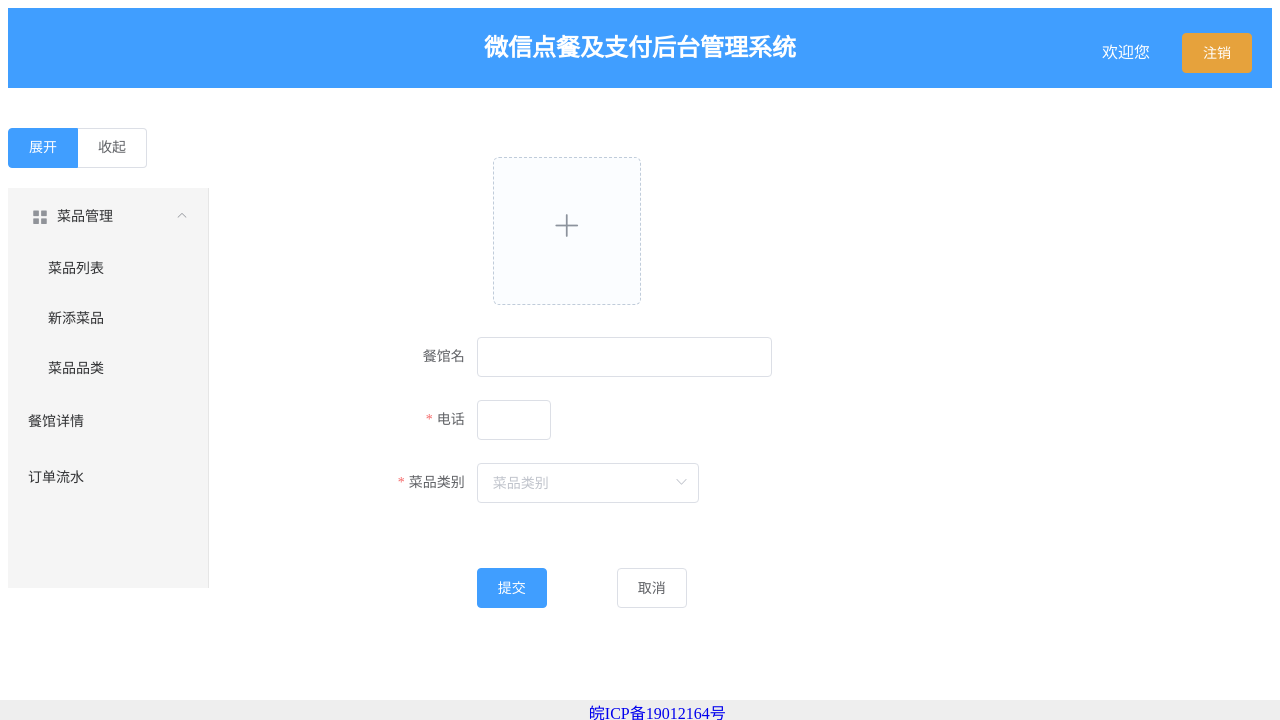
Repository: align-shi/order-web
Page: /pointpayment/hotelTable
The author's editor kept a copy of each file at every save. The page is drawn from the files as they stood at one save, then again after the next save.
The browser window is 1280 px wide. The pictures show the whole page.
The page's requests for data from a server got no answer. The project was rebuilt for these pictures with package versions that can differ from the ones it lists, and the page was loaded fresh each time. No one was signed in, and anything a server would have sent is missing. Also part of the build but not shown: src/pages/login.vue.

Above is the page before, as saved 2020-03-11 20:55:45.

### index.html
<!DOCTYPE html>
<html>
  <head>
    <meta charset="utf-8">
    <meta name="viewport" content="width=device-width,initial-scale=1.0">
    <title>pointpayment_ele</title>
  </head>
  <body>
    <div id="app"></div>
    <!-- built files will be auto injected -->
  </body>
  <div style="position: fixed;left: 0px;bottom: 0px;width: 100%;height:20px;background-color: #eee;">
    <a href="http://www.beian.miit.gov.cn" target="_blank" style="margin-left: 46%">皖ICP备19012164号</a>
  </div>
</html>

### src/App.vue
<template>
  <div id="app">
    <transition name="fade" mode="out-in">
			<router-view></router-view>
		</transition>
  </div>
</template>

<script>
export default {
  name: 'App'
}
</script>

<style>
  .header{
    background-color: #409EFF;
    color: white;
    text-align: center;
  }
</style>

### src/pages/main.vue
<template>
    <div>
        <el-container>
            <el-header class="header" height="80px">
                <headers></headers>
            </el-header>
            <el-main>
                <!-- <span v-if="!user" class="loginFont">
                        <el-button type="success"  @click="login">点击登录</el-button>
                </span>   -->
                <div class="centerContent">
                    <transition name="fade" mode="out-in">
						<router-view></router-view>
					</transition>
                </div>

            </el-main>

            <el-aside>
                    <navMenuVue></navMenuVue>
            </el-aside>

        </el-container>

    </div>
</template>

<script>

    import headers from '../components/header.vue';
    import navMenuVue from '../components/NavMenu.vue';

    export default {

        created:function(){

        },
        methods: {
            login () {
                this.$router.replace('/login')
            },
            logout () {
                this.$store.dispatch('logout').then(() => {
                    this.$router.replace('/login')
                })
            },
            dataPath(){
                this.$router.replace('/dataTable')
            },
            getStatus (urlStr) {
                var urlStrArr = urlStr.split('/')
                return urlStrArr[urlStrArr.length - 1]
            }
        },

        computed: {
            user () {
                return this.$store.state.user
            }
        },
        components: {
            headers,
            navMenuVue,
            key() {
                return this.$route.name !== undefined? this.$route.name +new Date(): this.$route +new Date()
            }
         },
         watch:{
            '$route' (to, from) {
                // console.log(this.getStatus(this.$route.path))
             }
         }
    }
</script>
<style>

    .userContent{
        position: relative;
        top: -50px;
        float: right;
    }
    .centerContent{
        position: absolute;
        top: 19%;
        left:15%;
        width:80%;
    }
    .loginFont{
        top: 30%;
        position: absolute;
        left:46%;
    }
</style>

### src/components/createMenu.vue
<template>
    <div class="form">
          <el-upload
            class="upload"
            action=""
            list-type="picture-card"
            :on-preview="handlePictureCardPreview"
            :on-remove="handleRemove"
            :limit = 1
            :before-upload="UpladFile"
            >
            <!--  :on-change="saveFile"  :auto-upload="false"  :on-change="saveFile" :auto-upload="false" :before-upload="UpladFile" -->
            <i class="el-icon-plus"></i>
          </el-upload>
          <el-dialog :visible.sync="dialogVisible">
            <img width="100%" :src="dialogImageUrl" alt="">
          </el-dialog>

          <el-form :model="form" label-width="80px" :rules="formRules" ref="form">
            <el-form-item label="菜名" prop="dishes">
              <el-input v-model="form.dishes" auto-complete="off" style="width:40%"></el-input>
            </el-form-item>

            <el-form-item label="价格" prop="price">
              <el-input v-model="form.price" auto-complete="off" style="width:10%"></el-input>
            </el-form-item>

            <el-form-item label="菜品类别" prop="typeId">
              <el-select clearable  v-model="form.typeId" placeholder="菜品类别" autocomplete="off"
                      style="width: 30%">
              <el-option v-for="item in typeList" :key="item.id" :label="item.typeName"
                        :value="item.id"></el-option>
              </el-select>
            </el-form-item>
          </el-form>

        <div class="buttons">
            <el-button type="primary" @click.native="submit" :loading="submitLoading">提交</el-button>
            <el-button @click.native="clean" style="margin-left:5em;">取消</el-button>
        </div>

    </div>
</template>
<script>
    export default {

        data(){
            return{
                file:{},
                dialogVisible:false,
                dialogImageUrl:'',
                fileList:[],        //文件列表
                typeList:[],        //菜品类别表
                form: {             //提交表单
                  dishes:'',
                  price:'',
                  picture:'',
                  typeId:'',
                },
                submitLoading:false,
                uploadingFile:false,
                //表单验证
                formRules: {
                  dishes: [
                    { required: true, message: '请输入菜名', trigger: 'blur' },
                  ],
                  price: [
                    { required: true, message: '请输入价格', trigger: 'blur' },
                  ],
                  typeId:[
                    { required: true, message: '请输入菜品类别', trigger: 'blur' },
                  ],
                },
            }
        },
        created:function(){
            this.getTypeList()
        },
        methods: {
            // saveFile(file){
            //     this.file  = file.raw;
            //     this.fileList = [...this.fileList, this.file];
            // },
            submit(){
                this.$refs.form.validate((valid) => {
					if (valid) {
						this.$confirm('确认提交吗？', '提示', {}).then(() => {
                        this.submitLoading = true;
                        let para = Object.assign({}, this.form);
							// para.publishingDate = (!para.publishingDate || para.publishingDate == '') ? '':util.formatDate.format(new Date(para.publishingDate), 'yyyy-MM-dd');
                            this.submitMenu(para);
						});
					}
				});
            },
            submitMenu:function(para){
                // alert(JSON.stringify(para));
                this.$axios.post('/menu/insert',para).then((res) => {
                    if(res.data!=null){
                        this.$message.success('提交成功');
                    }
                    this.$refs['form'].resetFields();
                    this.editLoading = false;

                }).catch(function(error){
                        console.log(error);
                })
            },
            getTypeList(){
                this.$axios.post('/type/list').then((res) =>{
                this.typeList = res.data;
                })
            },
            handleRemove(file, fileList) {
                console.log(file, fileList);
            },
            handlePictureCardPreview(file) {
                this.dialogImageUrl = file.url;
                this.dialogVisible = true;
            },
            a(){

            },
            UpladFile(file){

                this.fileList = [...this.fileList,file];
                const formData = new FormData();
                var list = this.fileList;
                var that = this;
                list.forEach((file) => {
                    console.log(file);
                    formData.append('files',file);
                });

                formData.append('path','pic');
                this.$axios.post('/file/uploadFile',formData).then((res) => {
                    if(res.data!=null){
                        this.fileList= [];
                        this.form.picture = res.data[0];

                    }
                }).catch(function(error){
                    this.uploadingFile = false;
                })
                this.uploadingFile = false;
            }
        },
        computed: {

        }
    }
</script>
<style>
    .upload{
      margin-left: 6em;
      margin-bottom: 2em;
    }

    .form{
        margin-top:2%;
        margin-left:20%;
    }

    .buttons{
        margin-top:4em;
        margin-left:5em;
    }
</style>

### src/components/orderTable.vue
<template>
    <div>
        <div style="margin-bottom: 1em;">
            <el-col :span="2">
                <el-input v-model="order.tablenumber"  placeholder="请输入桌号名"></el-input>
            </el-col>

            <el-col :span="5" :offset="1">
                <el-input v-model="order.wxaccount"  placeholder="顾客微信名" ></el-input>
            </el-col>
            <el-button @click="search" icon="el-icon-search">搜索</el-button>
        </div>


        <el-table ref="multipleTable" :data="tableData.slice((currentPage-1)*pageSize,currentPage*pageSize)" border style="width: 100%"
            @selection-change="handleSelectionChange" :cell-style="cellStyle" :header-cell-style="rowClass">


            <el-table-column type="expand">
                <template slot-scope="props">
                    <el-form label-position="left" inline class="demo-table-expand">
                        <div>
                            <el-card class="box-card" shadow="hover" v-for="(item,i) in props.row.carts" :key="i"
                                style="float:left;margin-left:1em;margin-bottom:.5em;background-color:#F5F5F5">
                                菜品 : {{item.dishes}}   &#12288;&#12288;单价 : {{item.price}}    &#12288;&#12288;数量 : {{item.quantity}}
                            </el-card>
                        </div>

                    </el-form>
                </template>
            </el-table-column>

            <el-table-column prop="openId" label="用户标识" show-overflow-tooltip width="140"></el-table-column>
            <el-table-column prop="wxaccount" label="顾客微信名" align="center"></el-table-column>
            <el-table-column prop="tablenumber" label="桌号" show-overflow-tooltip width="200"></el-table-column>
            <el-table-column prop="money" label="总额(元)" width="100"></el-table-column>

            <el-table-column label="操作">
            <template slot-scope="scope">
                <el-button type="warning" plain @click="handleChangeStatus(scope.$index, scope.row)" v-show="scope.row.status == 1">
                  请求处理    <i class="el-icon-loading"></i>
                </el-button>
                <div v-show="scope.row.status == 2"> 已处理&#12288;<i class="el-icon-check"></i></div>
                <!-- <i class="el-icon-check" v-show="scope.row.status == 2"></i> -->
            </template>
          </el-table-column>
        </el-table>

        <el-pagination background
            @size-change="handleSizeChange"
            @current-change="handleCurrentChange"
            :current-page="currentPage"
            :page-sizes="[5,10,50, 100]"
            :page-size="pageSize"
            layout="total, sizes, prev, pager, next, jumper"
            :total="total">
        </el-pagination>
    </div>
</template>

<script>
export default {
    data(){
        return {

                total:5,
                currentPage: 1,
　　　　　　　　　pageSize: 5,

                msg:"",//记录每一条的信息，便于取id

                tableData: [],
                multipleSelection: [],
                order:{
                    tablenumber:null,
                    wxaccount:''
                }

        }
    },

    created: function(){
      this.getPackData();
    },

    mounted() {
			this.getPackData();
    },
    methods: {

      getPackData() {

        this.$axios({
            method: 'post',
            url: '/order/getListBy',
            data:{}
        }).then((res) => {
            this.tableData = res.data;
            this.total=this.tableData.length;
            // alert(JSON.stringify(res.data));
        }).catch(function(error){
            console.log(error);
        })

      },
      search(){
        this.$axios({
            method: 'post',
            url: '/order/getListBy',
            data:this.order
        }).then((res) => {
            this.tableData = res.data;
            this.total=this.tableData.length;
            // alert(JSON.stringify(res.data));
        }).catch(function(error){
            console.log(error);
        })
      },
      toggleSelection(rows) {
          if (rows) {
              rows.forEach(function(row)  {
                  this.$refs.multipleTable.toggleRowSelection(row);
              });
          } else {
              this.$refs.multipleTable.clearSelection();
          }
      },
      handleSelectionChange(val) {
          this.multipleSelection = val;
      },
      callbackFunction(result) {
                alert(result + "aaa");
            },
      handleSizeChange(val){
        this.pageSize = val;
        this.currentPage = 1;
        // this.fetchData(1, val);
        // console.log(`每页 ${val} 条`);
      },
      handleCurrentChange(val){
        this.currentPage = val;
        // this.fetchData(val, this.pageSize);
        // console.log(`当前页: ${val}`);
      },
      cellStyle({row,column,rowIndex,columnIndex}){
        return "text-align:center;"
      },
      rowClass({row,rowIndex}){
        return "text-align:center;"
      },

      handleChangeStatus:function(index,row){

        this.$axios({
            method: 'post',
            url: '/order/handleOrder',
            params:{id:row.id}
        }).then((res) =>{
          if(res.data == true){
            this.$message.success('处理成功');
          }
          row.status = 2;
        }).catch(function(error){
          console.log(error)
          that.$message.error('处理失败')
        })

      }

    }

}
</script>
<style>
    .el-table th {
        text-align: center;
    }

    /* .el-table tbody tr td:first-child {
        text-align: center;
    } */
    .upload{
      margin-left: 6em;
      margin-bottom: 2em;
    }
</style>

### src/components/hotelTable.vue
<template>
    <div class="form">

        <el-upload
            class="upload"
            action=""
            list-type="picture-card"
            :on-preview="handlePictureCardPreview"
            :on-remove="handleRemove"
            :limit = 1
            :before-upload="UpladFile"
            >
            <!--  :on-change="saveFile"  :auto-upload="false"  :on-change="saveFile" :auto-upload="false" :before-upload="UpladFile" -->
            <i class="el-icon-plus"></i>
        </el-upload>
        <el-dialog :visible.sync="dialogVisible">
            <img width="100%" :src="dialogImageUrl" alt="">
        </el-dialog>

        <el-form :model="form" label-width="80px" :rules="formRules" ref="form">
            <el-form-item label="餐馆名" prop="name">
                <el-input v-model="form.dishes" auto-complete="off" style="width:40%"></el-input>
            </el-form-item>

            <el-form-item label="电话" prop="price">
                <el-input v-model="form.price" auto-complete="off" style="width:10%"></el-input>
            </el-form-item>

            <el-form-item label="菜品类别" prop="typeId">
                <el-select clearable  v-model="form.typeId" placeholder="菜品类别" autocomplete="off"
                        style="width: 30%">
                <el-option v-for="item in typeList" :key="item.id" :label="item.typeName"
                        :value="item.id"></el-option>
                </el-select>
            </el-form-item>
        </el-form>

        <div class="buttons">
            <el-button type="primary" @click.native="submit" :loading="submitLoading">提交</el-button>
            <el-button @click.native="clean" style="margin-left:5em;">取消</el-button>
        </div>
    </div>
</template>
<script>
    export default {

        data(){
            return{
                file:{},
                dialogVisible:false,
                dialogImageUrl:'',
                fileList:[],        //文件列表
                typeList:[],        //菜品类别表
                form: {             //提交表单
                  dishes:'',
                  price:'',
                  picture:'',
                  typeId:'',
                },
                submitLoading:false,
                uploadingFile:false,
                //表单验证
                formRules: {
                  dishes: [
                    { required: true, message: '请输入菜名', trigger: 'blur' },
                  ],
                  price: [
                    { required: true, message: '请输入价格', trigger: 'blur' },
                  ],
                  typeId:[
                    { required: true, message: '请输入菜品类别', trigger: 'blur' },
                  ],
                },
            }
        },
        created:function(){
            this.getTypeList()
        },
        methods: {
            // saveFile(file){
            //     this.file  = file.raw;
            //     this.fileList = [...this.fileList, this.file];
            // },
            submit(){
                this.$refs.form.validate((valid) => {
					if (valid) {
						this.$confirm('确认提交吗？', '提示', {}).then(() => {
                        this.submitLoading = true;
                        let para = Object.assign({}, this.form);
							// para.publishingDate = (!para.publishingDate || para.publishingDate == '') ? '':util.formatDate.format(new Date(para.publishingDate), 'yyyy-MM-dd');
                            this.submitMenu(para);
						});
					}
				});
            },
            submitMenu:function(para){
                // alert(JSON.stringify(para));
                this.$axios.post('/menu/insert',para).then((res) => {
                    if(res.data!=null){
                        this.$message.success('提交成功');
                    }
                    this.$refs['form'].resetFields();
                    this.editLoading = false;

                }).catch(function(error){
                        console.log(error);
                })
            },
            getTypeList(){
                this.$axios.post('/type/list').then((res) =>{
                this.typeList = res.data;
                })
            },
            handleRemove(file, fileList) {
                console.log(file, fileList);
            },
            handlePictureCardPreview(file) {
                this.dialogImageUrl = file.url;
                this.dialogVisible = true;
            },
            a(){

            },
            UpladFile(file){

                this.fileList = [...this.fileList,file];
                const formData = new FormData();
                var list = this.fileList;
                var that = this;
                list.forEach((file) => {
                    console.log(file);
                    formData.append('files',file);
                });

                formData.append('path','pic');
                this.$axios.post('/file/uploadFile',formData).then((res) => {
                    if(res.data!=null){
                        this.fileList= [];
                        this.form.picture = res.data[0];

                    }
                }).catch(function(error){
                    this.uploadingFile = false;
                })
                this.uploadingFile = false;
            }
        },
        computed: {

        }
    }
</script>
<style>
    .upload{
      margin-left: 6em;
      margin-bottom: 2em;
    }

    .form{
        margin-top:2%;
        margin-left:20%;
    }

    .buttons{
        margin-top:4em;
        margin-left:5em;
    }
</style>

### src/components/header.vue
<template>
    <div id="header">
        <h2>微信点餐及支付后台管理系统</h2>
        <div class="userContent">
            <span>
                <label>欢迎您</label>&nbsp;&nbsp;&nbsp;{{this.username}}&nbsp;&nbsp;&nbsp;&nbsp;
                <el-button type="warning"  @click="login" style="">注销</el-button>
            </span>
        </div>
    </div>
</template>

<script>
    export default {

        data(){
            return{
                username:''
            }
        },
        created:function(){
            this.username=this.getUserName();
        },
        methods: {
            login () {
                this.$router.replace('/login')
            },
            logout () {
                this.$store.dispatch('logout').then(() => {
                    this.$router.replace('/login')
                })
            },
            dataPath(){
                this.$router.replace('/dataTable')
            },
            getUserName(){
                if (document.cookie.length > 0) {
                    var arr = document.cookie.split('; '); //这里显示的格式需要切割一下自己可输出看下
                    for (var i = 0; i < arr.length; i++) {
                        var arr2 = arr[i].split('='); //再次切割
                        if (arr2[0] == 'userName') {
                            return arr2[1];
                        }
                    }
                }
            }
        },
        computed: {
            user () {
                return this.$store.state.user
            }
        }
    }
</script>
<style>
    .userContent{
        position: relative;
        top: -40px;
        float: right;
    }
</style>

### src/components/NavMenu.vue
<template>
    <div id="navMenu">
        <el-radio-group v-model="isCollapse" style="margin-bottom: 20px;">
            <el-radio-button :label="false">展开</el-radio-button>
            <el-radio-button :label="true">收起</el-radio-button>
        </el-radio-group>

         <el-menu default-active="1" class="el-menu-vertical-demo"
            @open="handleOpen" @close="handleClose" :collapse="isCollapse" @select="handleSelect" :router="true"
            background-color="#F5F5F5">

            <el-submenu v-for="(item,i) in navList" :key="'1'+i" v-show="item.second" :index="item.name">
                <template slot="title">
                    <i class="el-icon-menu"></i>
                    <span>{{ item.navItem}}</span>
                </template>
                <el-menu-item v-for="(sec,j) in item.second" :key="j" :index="sec.name">{{sec.navItem}}</el-menu-item>
            </el-submenu>

            <el-menu-item v-for="(item,i) in navList" :key="i" v-show="!item.second" :index="item.name">
            {{ item.navItem }}
            </el-menu-item>


        </el-menu>
    </div>
</template>

<script>
    export default {
        data() {
            return {
                isCollapse: false,
                navList:[
                    {name:'/hotelTable',navItem:'餐馆详情'},
                    {name:'/orderTable',navItem:'订单流水'},
                    {name:'1',navItem:'菜品管理',
                        second:[{name:'/menuTable',navItem:'菜品列表'},
                                {name:'/createMenu',navItem:'新添菜品'},
                                {name:'/typeTable',navItem:'菜品品类'}]},
                ]
            };
        },
        created:function(){

        },
        methods: {
            handleOpen(key, keyPath) {
                // console.log(key, keyPath);
            },
            handleClose(key, keyPath) {
                // console.log(key, keyPath);
            },
            handleSelect(key, keyPath) {
                // console.log(key, keyPath);
                this.$router.push(key);
            }
        }
  }
</script>
<style>
    .el-menu-vertical-demo:not(.el-menu--collapse) {
        width: 200px;
        min-height: 400px;
    }
</style>

Loaded but not shown: src/router/index.js (45 lines, source omitted); src/main.js (27 lines, source omitted); src/components/menuTable.vue (352 lines, source omitted); src/components/typeTable.vue (306 lines, source omitted)

After the next save:
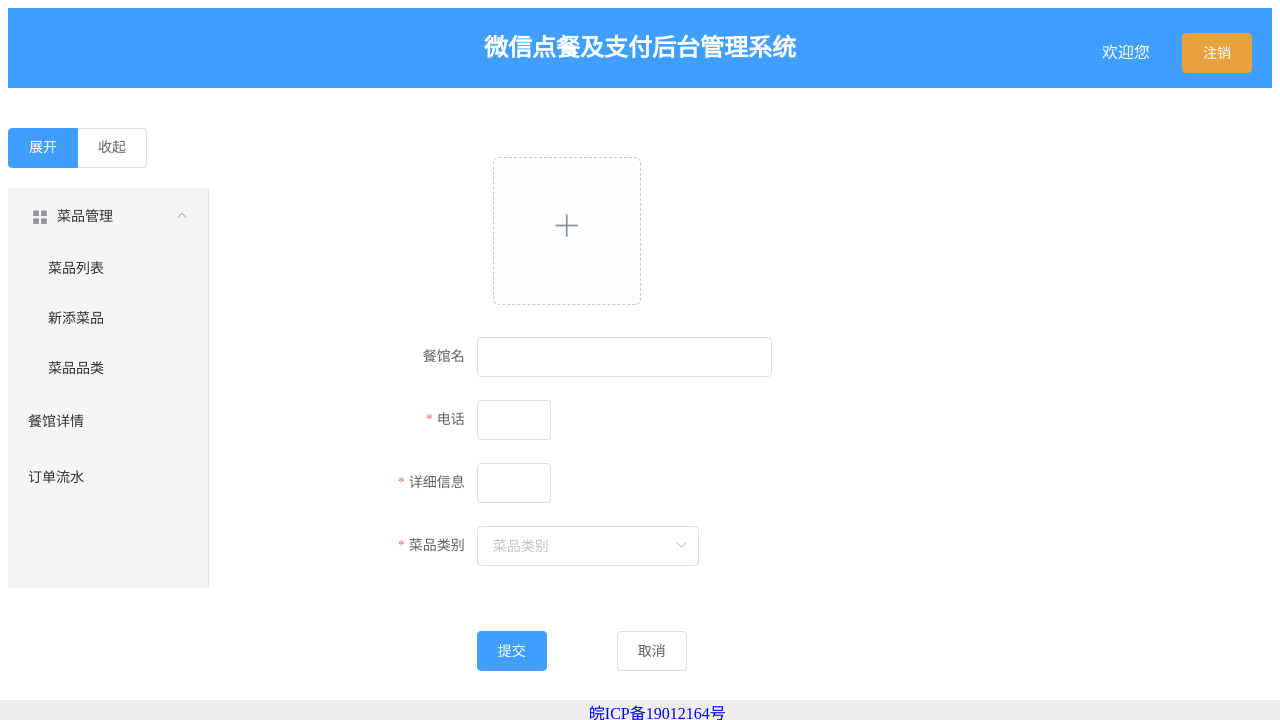
Saved 14 s later.
--- a/src/components/hotelTable.vue
+++ b/src/components/hotelTable.vue
@@ -23,6 +23,10 @@
             </el-form-item>
 
             <el-form-item label="电话" prop="price">
+                <el-input v-model="form.price" auto-complete="off" style="width:10%"></el-input>
+            </el-form-item>
+
+            <el-form-item label="详细信息" prop="price">
                 <el-input v-model="form.price" auto-complete="off" style="width:10%"></el-input>
             </el-form-item>
 
